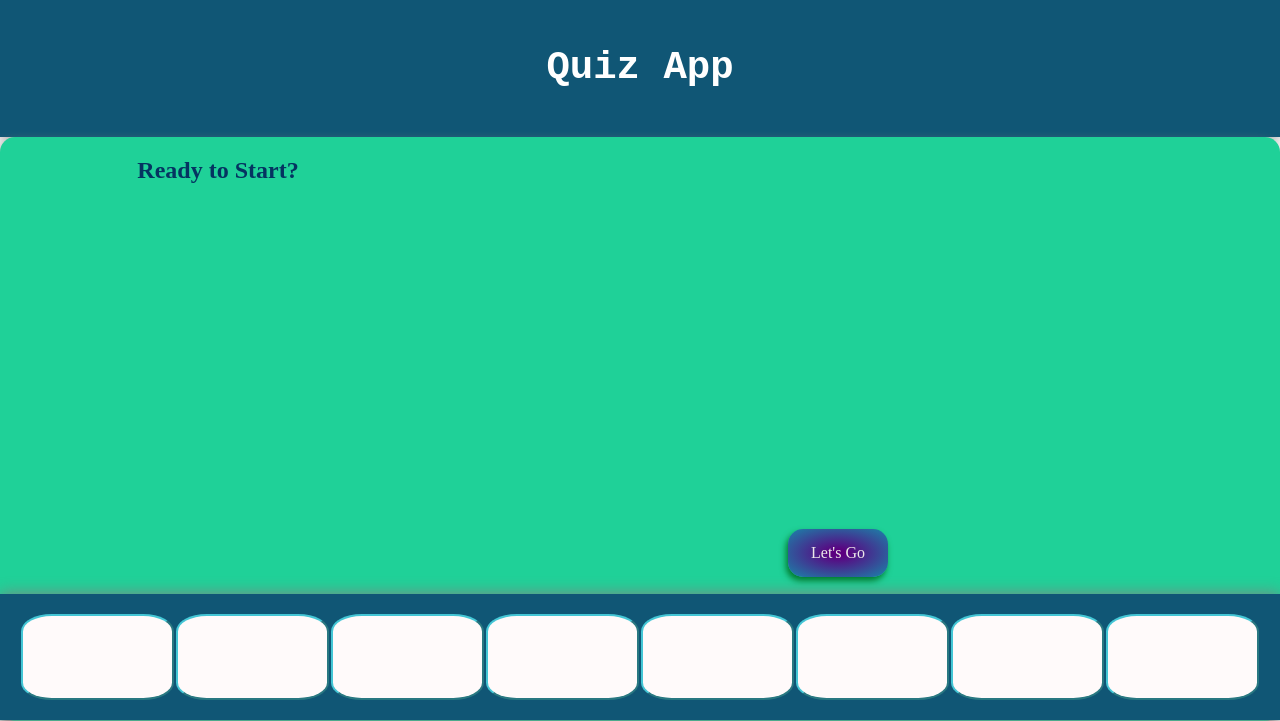
Repository: tpic12/quiz_app
Page: index.html
The author's editor kept a copy of each file at every save. The page is drawn from the files as they stood at one save, then again after the next save.
The browser window is 1280 px wide. The pictures show the whole page.

Above is the page before, as saved 2019-12-28 15:46:23.

After the next save:
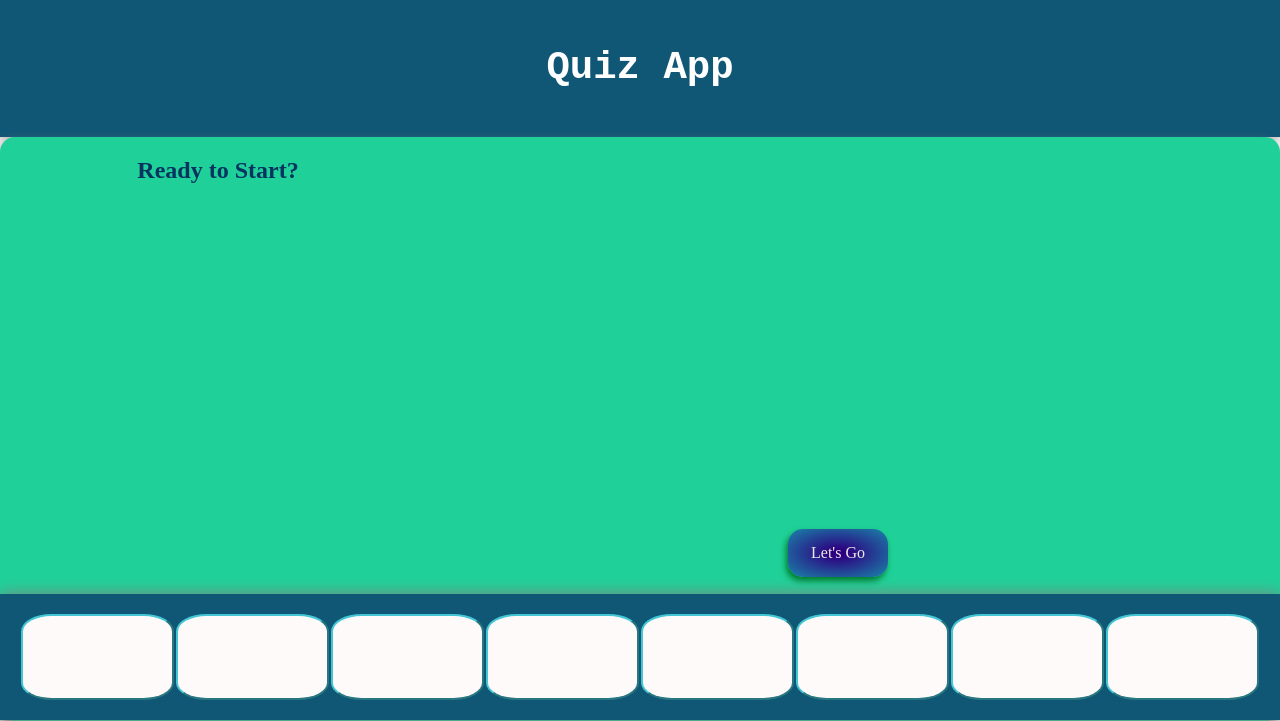
Saved 6 s later.
--- a/app.css
+++ b/app.css
@@ -47,7 +47,7 @@ button {
   margin: 30%;
   margin-bottom: 10%;
   color: hsl(0, 7%, 92%);
-  background: radial-gradient(rgb(92, 0, 128) 10%, rgb(25, 134, 170));
+  background: radial-gradient(rgb(45, 0, 128) 10%, rgb(25, 134, 170));
   border: none;
   max-width: 130px;
   min-width: 100px;
